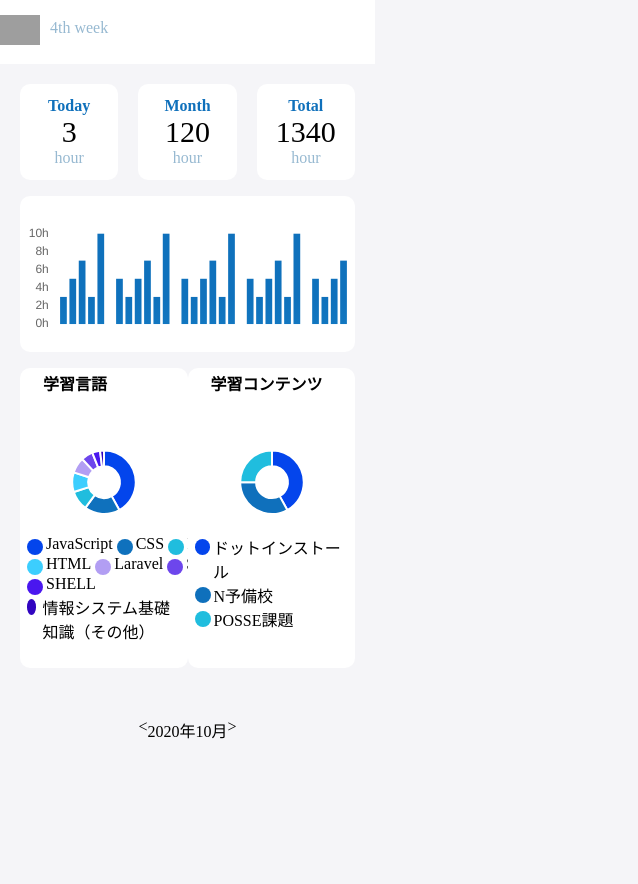
Repository: posse-ap/gen2.0-kamibayasitaito
Page: app/app.html
The author's editor kept a copy of each file at every save. The page is drawn from the files as they stood at one save, then again after a run of saves.
The browser window is 375 px wide. The page is 638 px wide, so the pictures cover 638 px, including what lies to the right of the window. The pictures show the whole page.
Pictures or frames that could not be fetched are drawn as grey boxes. Some web libraries are served in a nearby version.

Above is the page before, as saved 2021-11-23 21:09:23.

After the next 4 saves:
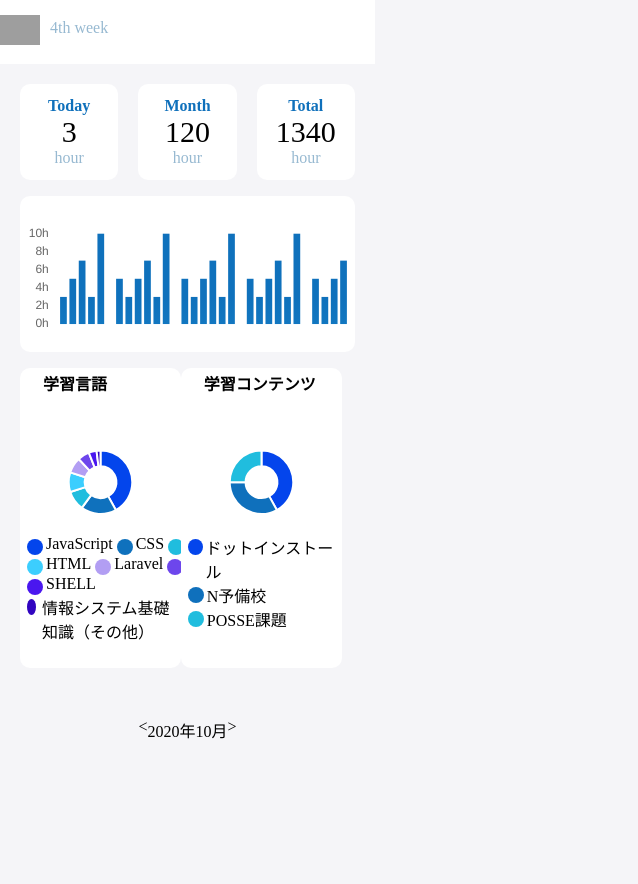
The 4 saves are shown as one change because they came seconds apart.
The last was saved 2 days later.
--- a/app/app_smartphone.css
+++ b/app/app_smartphone.css
@@ -161,7 +161,7 @@
         }
 
         .study_result{
-        width: 50%;
+        width: 48%;
         border: solid white;
         border-radius: 10px;
         background-color: white;
